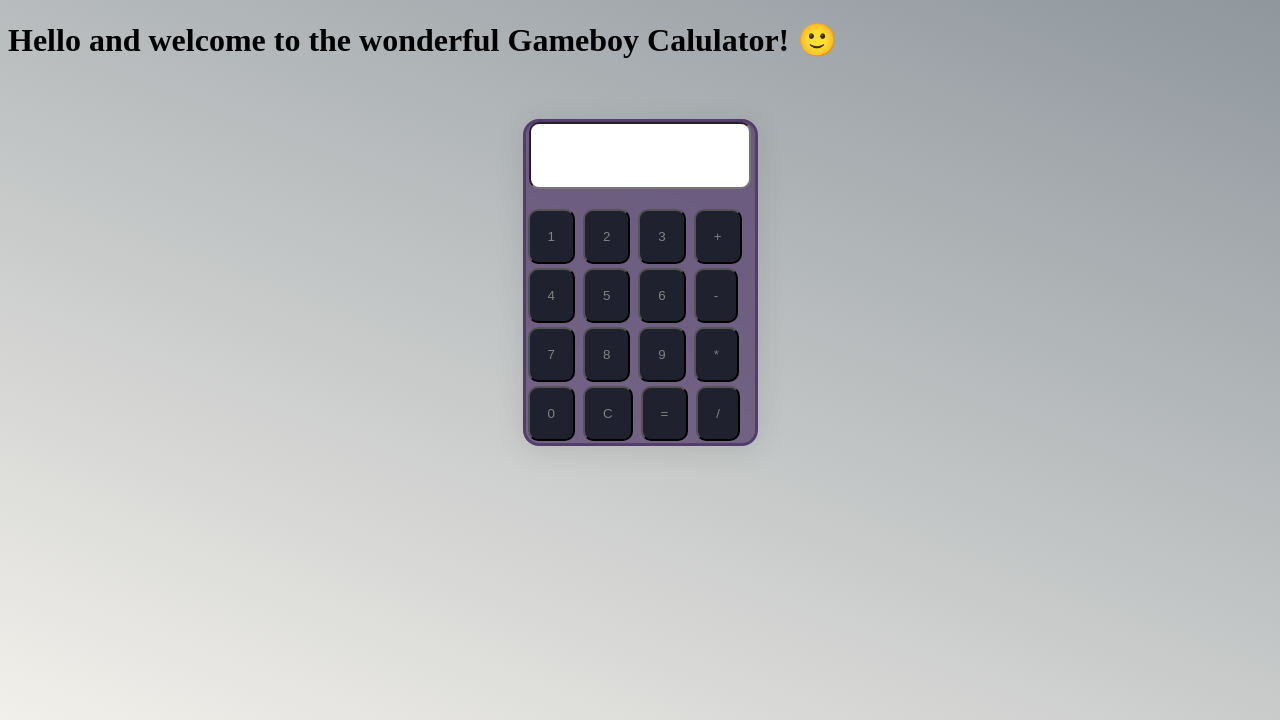
Repository: CrazyPaine/GameBoy-Calculator
Page: index.html
The author's editor kept a copy of each file at every save. The page is drawn from the files as they stood at one save, then again after the next save.
The browser window is 1280 px wide. The pictures show the whole page.

Above is the page before, as saved 2024-02-02 17:29:52.

### index.html
<!DOCTYPE html>
<html lang="en">
<head>
    <meta charset="UTF-8">
    <meta name="viewport" content="width=device-width, initial-scale=1.0">
    <link rel="stylesheet" type="text/css" href="styles.css">
    <script src="calculator.js"></script>
    <title>GameBoy Calculator</title>
</head>

<body>
    <h1 class = "Intro">Hello and welcome to the wonderful Gameboy Calulator! &#128578;</h1>
    <br>
    <div class = 'calculator'>
        <input type="text"id="display" readonly>
       <br>
            <button onclick="appendToDisplay('1')" class = "button">1</button>
            <button onclick="appendToDisplay('2')" class = "button">2</button>
            <button onclick="appendToDisplay('3')" class = "button">3</button>
            <button onclick="appendToDisplay('+')" class = "button">+</button>
            <br>
            <button onclick="appendToDisplay('4')" class = "button">4</button>
            <button onclick="appendToDisplay('5')" class = "button">5</button>
            <button onclick="appendToDisplay('6')" class = "button">6</button>
            <button onclick="appendToDisplay('-')" class = "button">-</button>
            <br>
            <button onclick="appendToDisplay('7')" class = "button">7</button>
            <button onclick="appendToDisplay('8')" class = "button">8</button>
            <button onclick="appendToDisplay('9')" class = "button">9</button>
            <button onclick="appendToDisplay('*')" class = "button">*</button>
            <br>
            <button onclick="appendToDisplay('0')" class = "button">0</button>
            <button onclick="clearDisplay()" class = "button">C</button>
            <button onclick="calculateResult()" class = "button">=</button>
            <button onclick="appendToDisplay('/')" class = "button">/</button>

    </div>
</body>
</html>

### styles.css
/******************************************
/* CSS
/*******************************************/


/* Box Model Hack */
* {
    box-sizing: border-box;
}



/******************************************
/* LAYOUT
/*******************************************/
html {
    height: 100%;
}

title {
    text-align: left;
    font-size: 5px;
}

body {
    background: rgb(143, 151, 157);
        background: linear-gradient(201deg, rgba(143, 151, 157, 1) 0%, rgba(242, 240, 235, 1) 100%);
}

#display{
    border-radius: 10px;
    display: flex;
    align-items:center;
    justify-content: center;
    padding: 24px;
    width: 97%;
    height: 56%;
    margin:auto;
}

.calculator {
    border: 3px solid #533D6B;
    border-radius: 10px;
    width:fit-content;
    background: rgba(83, 61, 107, 0.73);
    border-radius: 16px;
    box-shadow: 0 4px 30px rgba(0, 0, 0, 0.1);
    backdrop-filter: blur(2.7px);
    -webkit-backdrop-filter: blur(2.7px);
    height: fit-content;
    margin: 20px auto;
}

.button {
    background-color: #20212e;
    border-radius: 10px;
    color: #808080;
    padding: 18px;
    min-height: fit-content;
    max-width: fit-content;
    margin: 2px;
}


img {
    display: block;
    margin: 0 auto;
    width: 25%;
}


/******************************************
/* ADDITIONAL STYLES
/*******************************************/

### calculator.js
/*
! Hey there welcome to my Calculator. This is where I will be doing my calculations on here.
*/

function appendToDisplay(value) {
    document.getElementById('display').value += value;
}

function clearDisplay() {
    document.getElementById('display').value = '';
}

function calculateResult() {
    try {
        const result = eval(document.getElementById('display').value);
        document.getElementById('display').value = result;
    } catch (error) {
        document.getElementById('display').value = 'Error';
    }
}

After the next save:
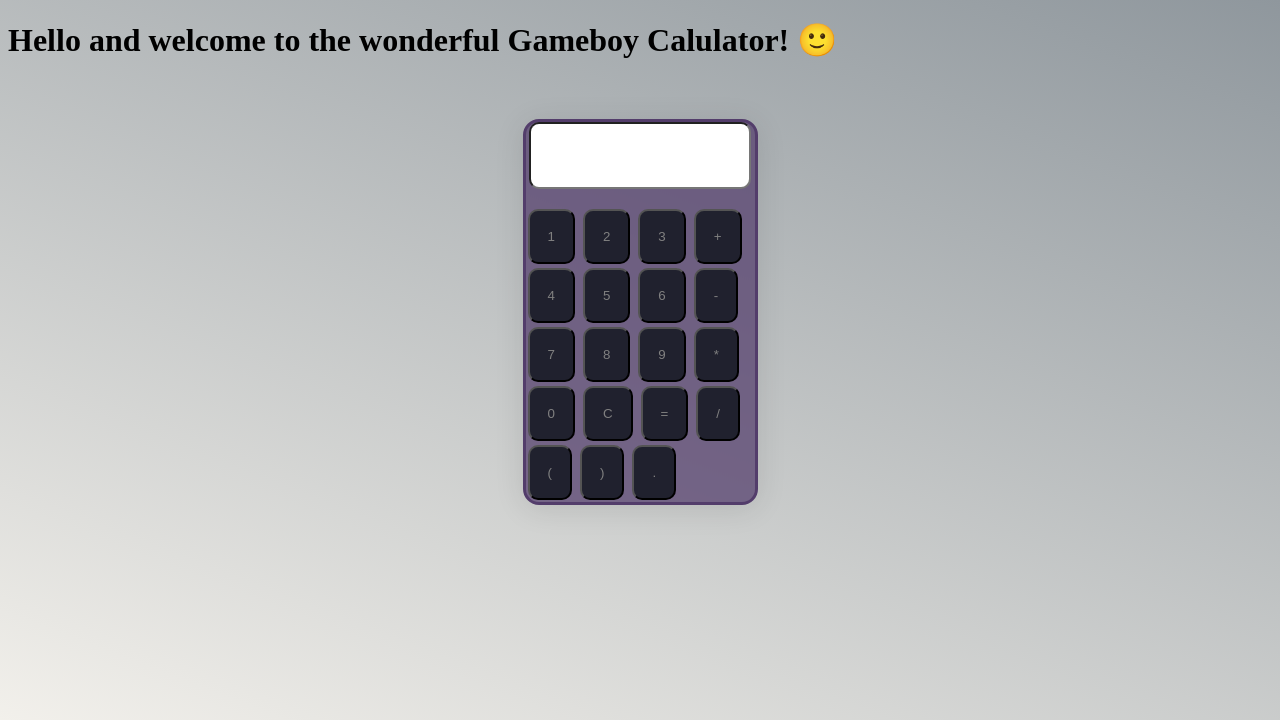
Saved 8 min 45 s later.
--- a/index.html
+++ b/index.html
@@ -33,6 +33,10 @@
             <button onclick="clearDisplay()" class = "button">C</button>
             <button onclick="calculateResult()" class = "button">=</button>
             <button onclick="appendToDisplay('/')" class = "button">/</button>
+            <br>
+            <button onclick="appendToDisplay('(')" class="button">(</button>
+            <button onclick="appendToDisplay(')')" class="button">)</button>
+            <button onclick="addDecimalPoint()" class="button">.</button>
 
     </div>
 </body>
